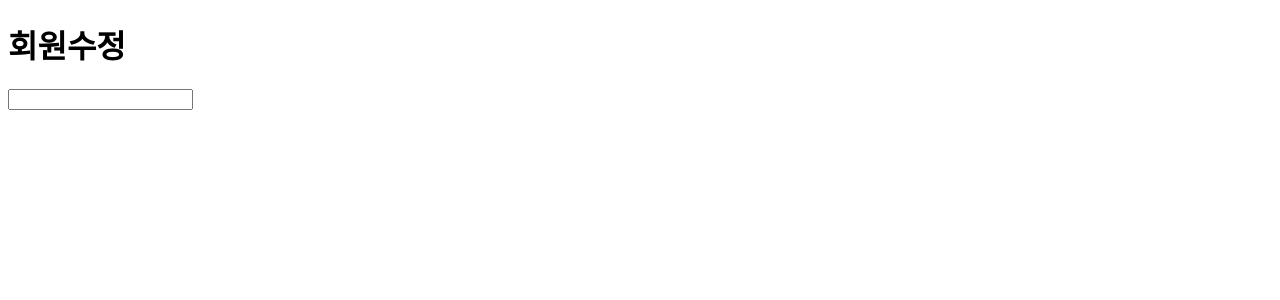
Repository: jaehyeon0418/workspace123
Page: w1026/src/main/webapp/w1026_02.html
The author's editor kept a copy of each file at every save. The page is drawn from the files as they stood at one save, then again after the next save.
The browser window is 1280 px wide. The pictures show the whole page.

Above is the page before, as saved 2022-10-26 01:29:14.

### w1026/src/main/webapp/w1026_02.html
<!DOCTYPE html>
<html>
<head>
<meta charset="UTF-8">
<title>Insert title here</title>
</head>
<body>

<h1> 회원수정 </h1>
<input 패스워드 : type="password"  name="pwd">


</body>
</html>

After the next save:
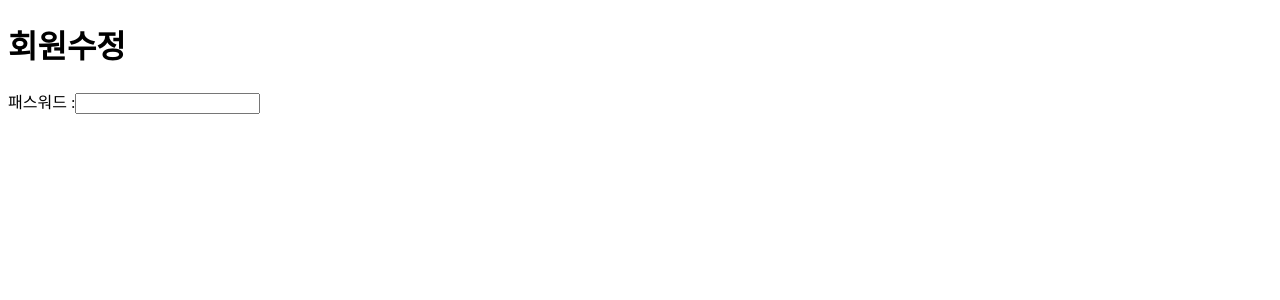
Saved 18 s later.
--- a/w1026/src/main/webapp/w1026_02.html
+++ b/w1026/src/main/webapp/w1026_02.html
@@ -7,7 +7,7 @@
 <body>
 
 <h1> 회원수정 </h1>
-<input 패스워드 : type="password"  name="pwd">
+패스워드 :<input type="password"  name="pwd">
 
 
 </body>
